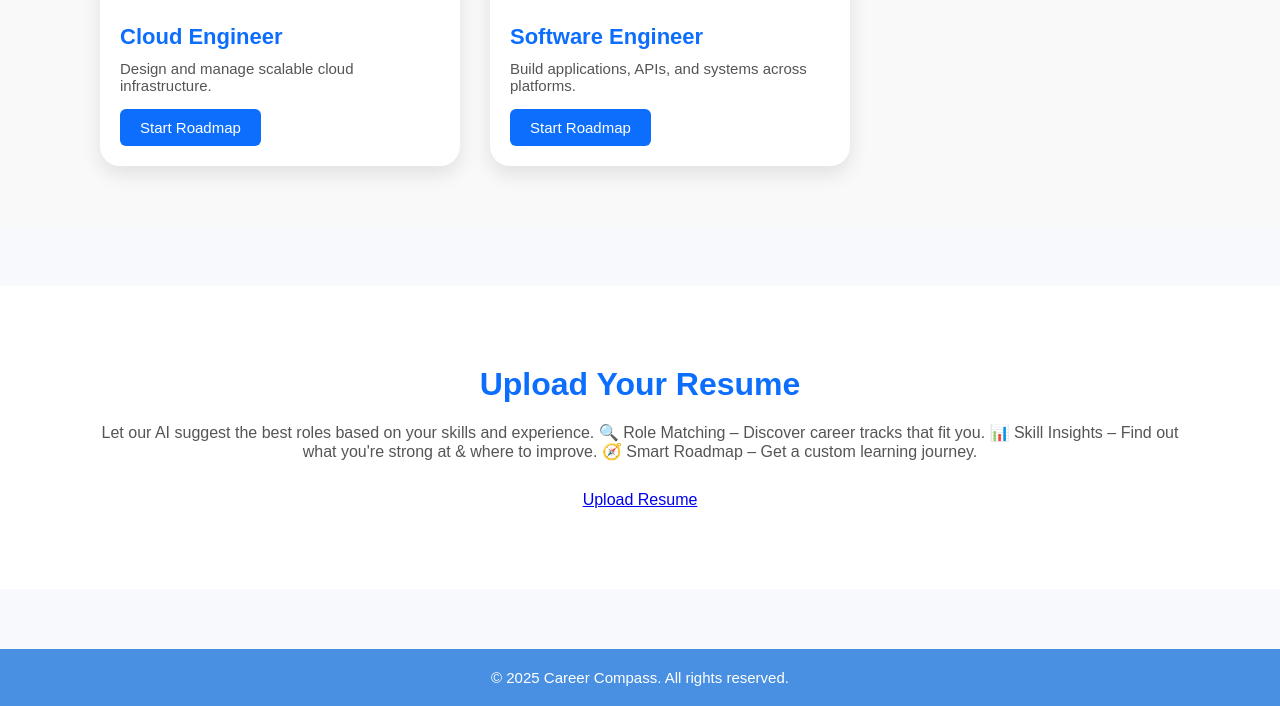
Repository: AI-Devsara01/Career-Compass
Page: templates/home.html
An editor plug-in stored every save of this project. The page is shown before and after a run of saves, followed by the edit.
The browser window is 1280 px wide. The pictures show the part of the page from y = 1150 to 1857 px (the page is 1856 px tall before and 1857 px after).
The template is drawn by Flask 3. The application's start-up code is not run. Other server files are loaded and not shown. The template is opened directly, without the code that normally fills it, so the values that code supplies are empty.

Above is the page before, as saved 2025-04-20 14:38:42.

### templates/home.html
<!DOCTYPE html>
<html lang="en">
<head>
  <meta charset="UTF-8" />
  <meta name="viewport" content="width=device-width, initial-scale=1.0"/>
  <title>Career Compass 🌟</title>
  <link rel="stylesheet" href="https://cdnjs.cloudflare.com/ajax/libs/font-awesome/6.4.0/css/all.min.css"/>
  <link href="https://fonts.googleapis.com/css2?family=Roboto:wght@400;700&display=swap" rel="stylesheet"/>
  <style>
    * {
      margin: 0;
      padding: 0;
      box-sizing: border-box;
    }
    body {
      font-family: 'Poppins', sans-serif;
      background-color: #f7f9fc;
      color: #333;
    }

    .navbar {
      display: flex;
      justify-content: center;
      background-color: #4a90e2;
      padding: 15px 0;
      box-shadow: 0 4px 10px rgba(0, 0, 0, 0.1);
      position: sticky;
      top: 0;
      z-index: 1000;
    }
    .navbar a {
      color: #fff;
      text-decoration: none;
      margin: 0 20px;
      font-weight: bold;
      font-size: 17px;
      transition: 0.3s;
    }
    .navbar a:hover {
      color: #ff6f61;
    }

    .hero {
      background: url('AHaD_&pid=Api&P=0&h=180') no-repeat center center;
      background-size: cover;
      padding: 100px 20px;
      color: #fff;
    }
    .hero-card {
      background: #fff;
      padding: 50px 30px;
      max-width: 800px;
      margin: auto;
      border-radius: 20px;
      box-shadow: 0 12px 25px rgba(0, 0, 0, 0.1);
    }
    .hero h1 {
      font-size: 56px;
      margin-bottom: 20px;
    }
    .hero p {
      font-size: 20px;
      color: #555;
      margin-bottom: 30px;
    }
    .btn {
      background: #ff6f61;
      color: #fff;
      padding: 14px 36px;
      font-size: 18px;
      border: none;
      border-radius: 30px;
      text-decoration: none;
      transition: 0.3s;
      box-shadow: 0 4px 10px rgba(0, 0, 0, 0.1);
    }
    .btn:hover {
      background: #ff4a3d;
    }

    .main-content {
      display: flex;
      gap: 40px;
      padding: 60px 100px;
      flex-wrap: wrap;
      background-color: #f9f9f9;
    }

    .roles-container {
      flex: 3;
      display: grid;
      grid-template-columns: repeat(auto-fit, minmax(280px, 1fr));
      gap: 30px;
    }

    .card {
      background: #fff;
      border-radius: 20px;
      overflow: hidden;
      box-shadow: 0 8px 20px rgba(0, 0, 0, 0.1);
      transition: transform 0.4s;
    }

    .card:hover {
      transform: translateY(-10px);
    }

    .card img {
      width: 100%;
      height: 180px;
      object-fit: cover;
    }

    .card-content {
      padding: 20px;
    }

    .card h3 {
      font-size: 22px;
      color: #0d6efd;
      margin-bottom: 10px;
    }

    .card p {
      font-size: 15px;
      color: #555;
      margin-bottom: 15px;
    }

    .card a {
      background: #0d6efd;
      color: #fff;
      padding: 10px 20px;
      border-radius: 6px;
      text-decoration: none;
      font-size: 15px;
      display: inline-block;
    }

    .card a:hover {
      background: #0056b3;
    }

    .sidebar {
      flex: 1;
      background: #fff;
      padding: 20px;
      border-radius: 14px;
      box-shadow: 0 4px 18px rgba(0, 0, 0, 0.08);
      text-align: center;
      height: fit-content;
    }

    .chat-container {
      background: #0d6efd;
      color: #fff;
      padding: 15px 25px;
      border-radius: 50px;
      display: flex;
      align-items: center;
      justify-content: center;
      cursor: pointer;
      margin-bottom: 20px;
      transition: transform 0.3s;
    }

    .chat-container:hover {
      transform: scale(1.05);
    }

    .chat-container i {
      font-size: 20px;
      margin-right: 10px;
    }

    .chat-container span {
      font-weight: 600;
    }

    .sidebar h2 {
      font-size: 22px;
      color: #0d6efd;
      margin-bottom: 10px;
    }

    .sidebar p {
      font-size: 14px;
      color: #666;
    }

    .feature-section {
      background: #fff;
      padding: 80px 100px;
      text-align: center;
      margin-top: 60px;
    }

    .feature-section h2 {
      font-size: 32px;
      color: #0d6efd;
      margin-bottom: 20px;
    }

    .feature-section p {
      font-size: 16px;
      color: #555;
      margin-bottom: 30px;
    }

    .feature-section form {
      display: flex;
      flex-direction: column;
      align-items: center;
      gap: 15px;
    }

    .feature-section input[type="file"],
    .feature-section input[type="submit"] {
      padding: 10px 15px;
      font-size: 16px;
      border-radius: 6px;
      width: 100%;
      max-width: 350px;
    }

    .feature-section input[type="file"] {
      background: #f1f1f1;
      border: 1px solid #ccc;
    }

    .feature-section input[type="submit"] {
      background: #0d6efd;
      color: #fff;
      border: none;
      cursor: pointer;
    }

    .feature-section input[type="submit"]:hover {
      background: #0056b3;
    }

    .footer {
      text-align: center;
      padding: 20px;
      font-size: 15px;
      background: #4a90e2;
      color: #fff;
      margin-top: 60px;
    }

    @media (max-width: 768px) {
      .main-content {
        flex-direction: column;
        padding: 30px 20px;
      }

      .hero h1 {
        font-size: 36px;
      }

      .hero p,
      .btn,
      .card p {
        font-size: 16px;
      }
    }
  </style>
</head>
<body>
  <!-- Navbar -->
  <div class="navbar">
    <a href="/">🏠 Home</a>
    <a href="/mock_interview">🎯 Interview</a>
    <a href="/roles">💼 Roles</a>
    <a href="/internships">🎓 Internships</a>
    <a href="/soft_skills">💡 Soft Skills</a>
    <a href="/signup">📝 Signup</a>
  </div>

  <!-- Hero Section -->
  <div class="hero">
    <div class="hero-card">
      <h1>Career Compass 🌟</h1>
      <p>Master in-demand skills, build impactful projects, and launch your career with confidence.</p>
      <a href="/roles" class="btn">Explore Now</a>
    </div>
  </div>

  <!-- Main Content -->
  <div class="main-content">
    <!-- Roles -->
    <div class="roles-container">
      <div class="card">
        <img src="https://images.unsplash.com/photo-1556761175-4b46a572b786" alt="AI/ML Engineer"/>
        <div class="card-content">
          <h3>AI/ML Engineer</h3>
          <p>Build intelligent systems with machine learning & AI.</p>
          <a href="/view/ai_engineer">Start Roadmap</a>
        </div>
      </div>
      <div class="card">
        <img src="https://images.unsplash.com/photo-1504639725590-34d0984388bd" alt="Data Scientist"/>
        <div class="card-content">
          <h3>Data Scientist</h3>
          <p>Analyze data and extract valuable insights.</p>
          <a href="/view/data_scientist">Start Roadmap</a>
        </div>
      </div>
      <div class="card">
        <img src="https://images.unsplash.com/photo-1522071820081-009f0129c71c" alt="Cloud Engineer"/>
        <div class="card-content">
          <h3>Cloud Engineer</h3>
          <p>Design and manage scalable cloud infrastructure.</p>
          <a href="/view/cloud_engineer">Start Roadmap</a>
        </div>
      </div>
      <div class="card">
        <img src="https://tse2.mm.bing.net/th?id=OIP.kSM4WTcm9Q728GpeysGy2wHaEQ&pid=Api&P=0&h=180" alt="Software Engineer"/>
        <div class="card-content">
          <h3>Software Engineer</h3>
          <p>Build applications, APIs, and systems across platforms.</p>
          <a href="/view/software_engineer">Start Roadmap</a>
        </div>
      </div>
    </div>

    <!-- Sidebar -->
    <div class="sidebar">
      <div class="chat-container" onclick="alert('Chatbot coming soon!')">
        <i class="fas fa-robot"></i>
        <span>Chat with CareerBot</span>
      </div>
      <h2>Need Help?</h2>
      <p>Get personalized career guidance and AI-powered support.</p>
      <a href="/view/chat">Chat Now</a>
    </div>
  </div>

  <!-- Feature Section -->
  <div class="feature-section">
    <h2>Upload Your Resume</h2>
    <p>Let our AI suggest the best roles based on your skills
      and experience.
     🔍 Role Matching – Discover career tracks that fit you.
      📊 Skill Insights – Find out what you're strong at & where to improve.
     🧭 Smart Roadmap – Get a custom learning journey.</p>

    <a href="/resume">Upload Resume</a>

  </div>

  <!-- Footer -->
  <div class="footer">
    © 2025 Career Compass. All rights reserved.
  </div>
</body>
</html>

After the next 2 saves:
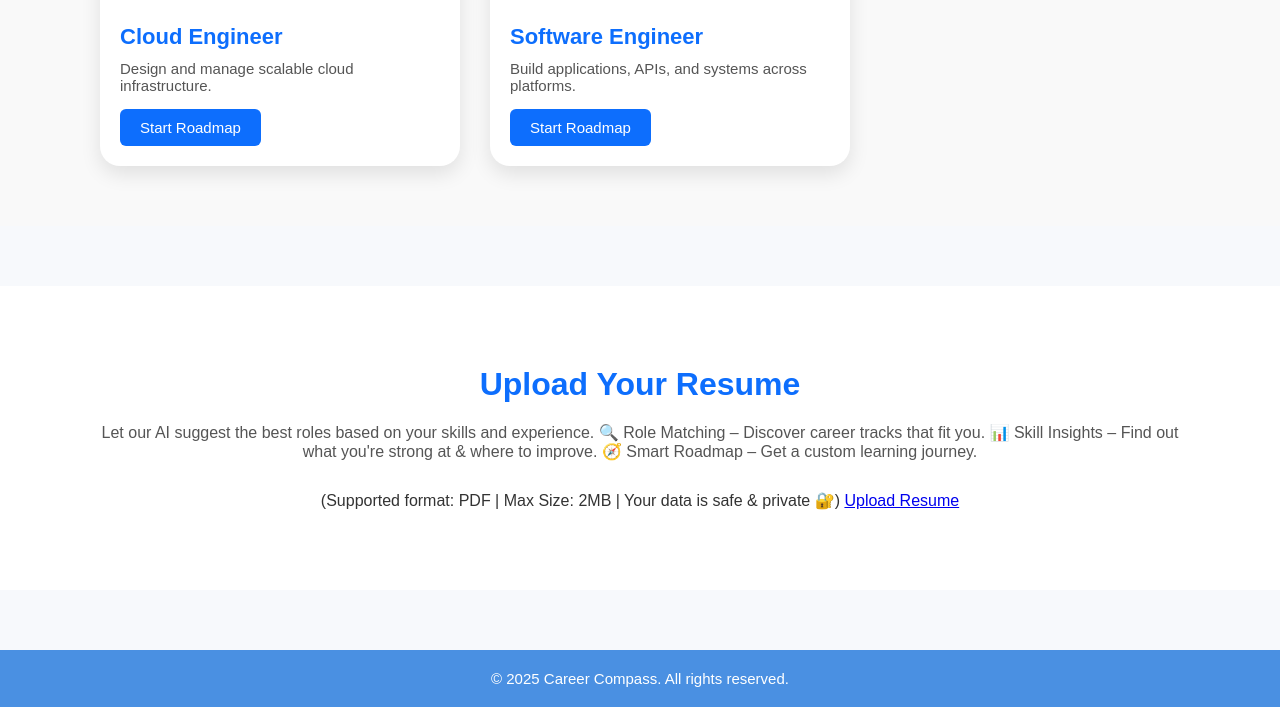
The 2 saves are shown as one change because they came seconds apart.
The last was saved 14 s later.
--- a/templates/home.html
+++ b/templates/home.html
@@ -344,7 +344,7 @@
      🔍 Role Matching – Discover career tracks that fit you.
       📊 Skill Insights – Find out what you're strong at & where to improve.
      🧭 Smart Roadmap – Get a custom learning journey.</p>
-
+(Supported format: PDF | Max Size: 2MB | Your data is safe & private 🔐)
     <a href="/resume">Upload Resume</a>
 
   </div>
